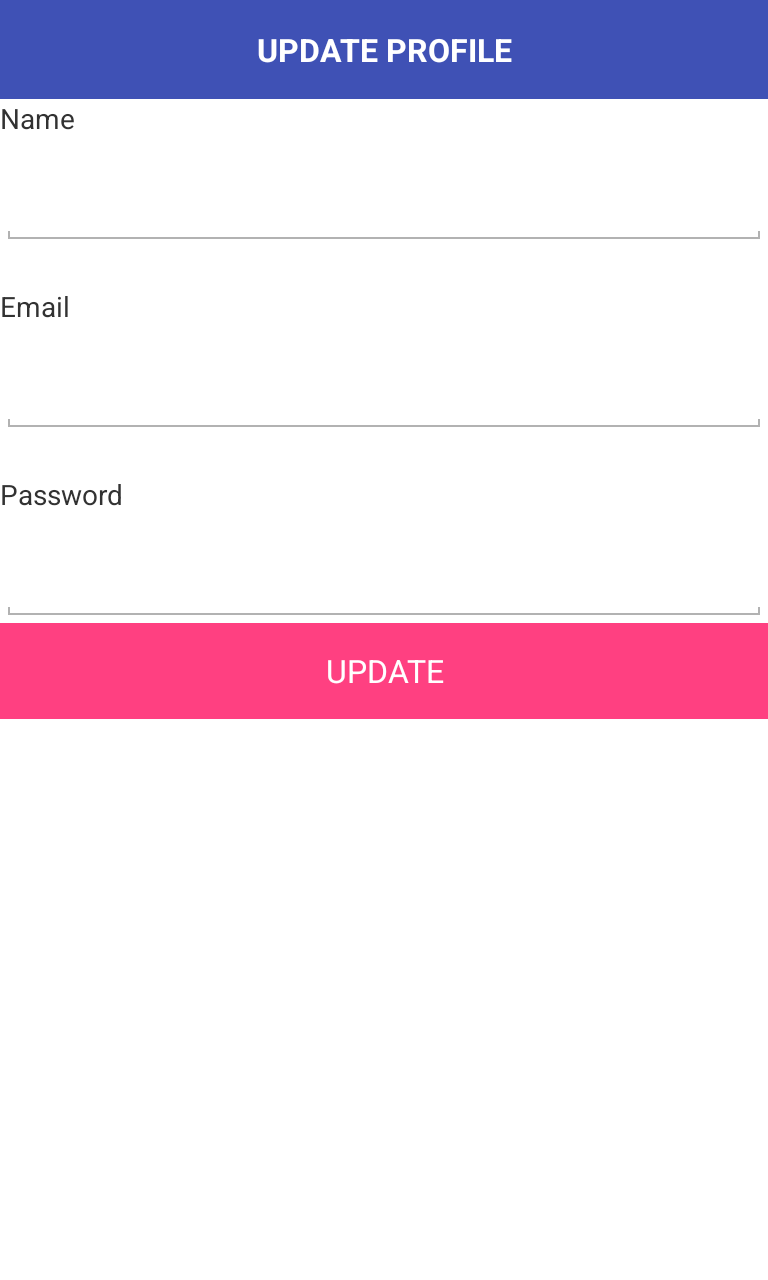
Repository: Harshil737/Career-Launcher
Layout: CareerLauncher/res/layout/item_profile_update.xml
An editor plug-in stored every save of this project. The layout is shown before and after the next save, followed by the edit.
It is drawn on a 768 x 1280 px phone screen (xhdpi) without system bars, with theme AppTheme; the app's code is not run.

Above is the layout before, as saved 2017-11-05 13:18:06.

After the next save:
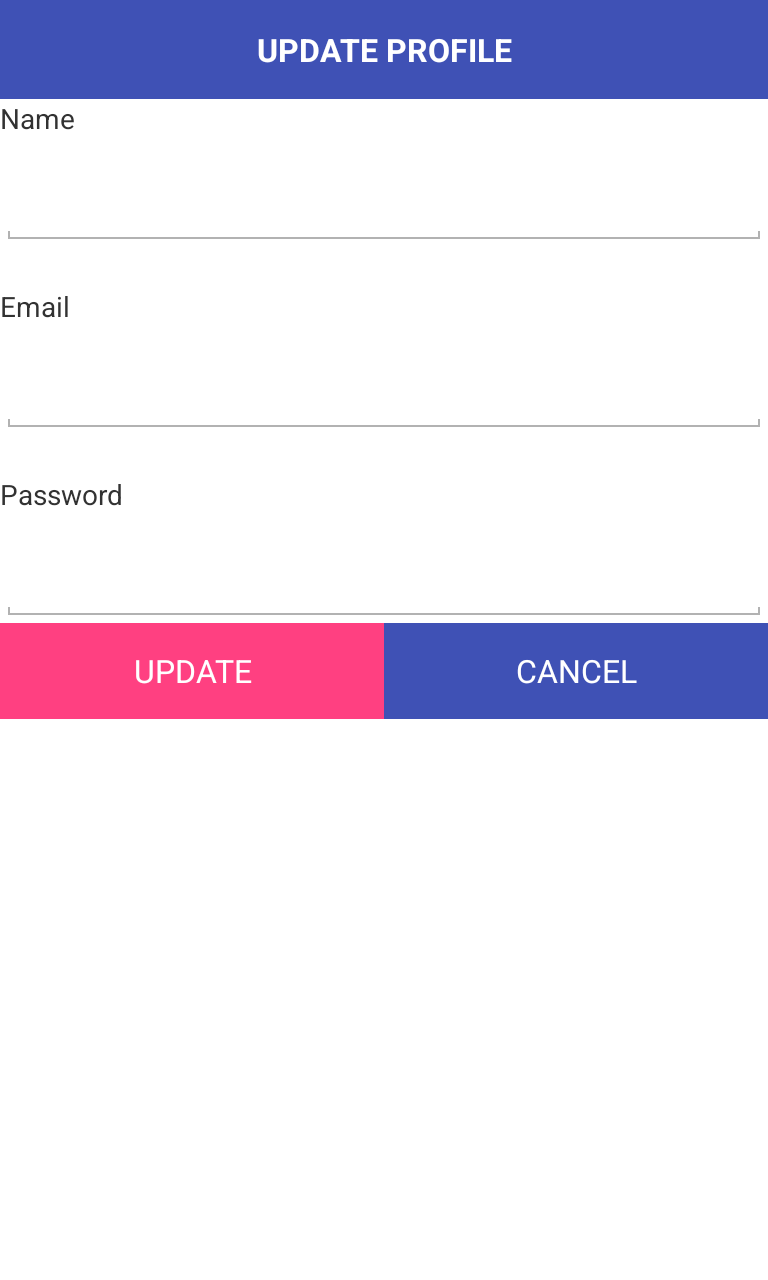
Saved 23 s later.
--- a/CareerLauncher/res/layout/item_profile_update.xml
+++ b/CareerLauncher/res/layout/item_profile_update.xml
@@ -71,6 +71,16 @@
             android:text="UPDATE"
             android:textColor="@color/colorWhite"
             android:textSize="16sp" />
+
+        <Button
+            android:id="@+id/item_profile_btn_cancel"
+            android:layout_width="0dp"
+            android:layout_height="wrap_content"
+            android:layout_weight="1"
+            android:background="@color/colorPrimary"
+            android:text="CANCEL"
+            android:textColor="@color/colorWhite"
+            android:textSize="16sp" />
     </LinearLayout>
 
 </LinearLayout>
